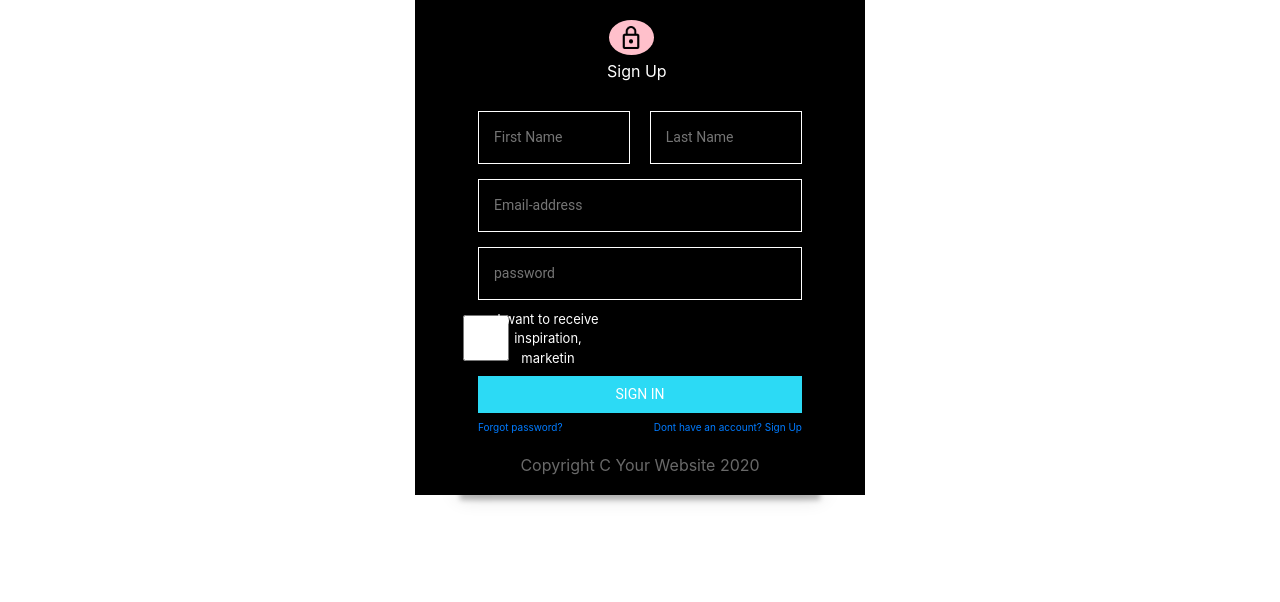
Repository: andbilous/cursor-styled-components
Page: /sign-up
An editor plug-in stored every save of this project. The page is shown before and after a run of saves, followed by the edit.
The browser window is 1280 px wide. The pictures show the whole page.
The project was rebuilt for these pictures with package versions that can differ from the ones it lists, and the page was loaded fresh each time. Also part of the build but not shown: src/App.css, src/components/SignInForm.jsx.

Above is the page before, as saved 2020-04-19 16:47:46.

### src/App.js
import React from 'react';
import {
  BrowserRouter as Router,
  Switch,
  Route,
  Link
} from "react-router-dom";
import './App.css';
import SignInForm from './components/SignInForm';
import SignUpForm from './components/SignUpForm';

function App() {
  return (
   <Router>
      <Switch>
          <Route exact path="/sign-in">
            <SignInForm />
          </Route>
          <Route path="/sign-up">
            <SignUpForm />
          </Route>
        </Switch>
   </Router>
  );
}

export default App;

### src/components/SignUpForm.jsx
import React from 'react';
import styled from "styled-components";

const SignUpFormStyles = styled.div`
*{
  box-sizing: border-box;
}
.login-page {
  width: 450px;
  margin: auto;
  background: #000;
}
.form {
  position: relative;
  z-index: 1;
  max-width: 360px;
  margin: 0 auto;
  margin-top:10px;
  padding: 18px;
  text-align: center;
  box-shadow: 0 0 20px 0 rgba(0, 0, 0, 0.2), 0 5px 5px 0 rgba(0, 0, 0, 0.24);
}
.form input {
  font-family: "Roboto", sans-serif;
  outline: 0;
  border: 1px solid #fff;
  background:transparent;
  width: 100%;
  margin: 0 0 15px;
  padding: 15px;
  font-size: 14px;
}
.form input[type="checkbox"]{
  transform: translateX(-100px);
}
.form button {
  font-family: "Roboto", sans-serif;
  text-transform: uppercase;
  outline: 0;
  background: #2cdaf5;
  width: 100%;
  border: 0;
  padding: 8px;
  color: #FFFFFF;
  font-size: 14px;
  -webkit-transition: all 0.3 ease;
  transition: all 0.3 ease;
  cursor: pointer;
}
.form button:hover,.form button:active,.form button:focus {
  background: #43A047;
}
.form .message {
  margin: 15px 0 0;
  color: #b3b3b3;
  font-size: 12px;
}
.form .message a {
  color: #4CAF50;
  text-decoration: none;
}
.container {
  position: relative;
  z-index: 1;
  max-width: 300px;
  margin: 0 auto;
}
.container:before, .container:after {
  content: "";
  display: block;
  clear: both;
}
.container .info {
  margin: 50px auto;
  text-align: center;
}
.container .info h1 {
  margin: 0 0 15px;
  padding: 0;
  font-size: 36px;
  font-weight: 300;
  color: #1a1a1a;
}
.container .info span {
  color: #4d4d4d;
  font-size: 12px;
}
.container .info span a {
  color: #000000;
  text-decoration: none;
}
.container .info span .fa {
  color: #EF3B3A;
}
body {
  background: #76b852; /* fallback for old browsers */
  background: -webkit-linear-gradient(right, #76b852, #8DC26F);
  background: -moz-linear-gradient(right, #76b852, #8DC26F);
  background: -o-linear-gradient(right, #76b852, #8DC26F);
  background: linear-gradient(to left, #76b852, #8DC26F);
  font-family: "Roboto", sans-serif;
  -webkit-font-smoothing: antialiased;
  -moz-osx-font-smoothing: grayscale;
}
.links{
  display:flex
}
.remember{
color:#fff;
}
.additional{
 color: #2cdaf5;
 display: flex;
 justify-content: space-between;
}
.additional a{
  font-size:10px
 }
.img-container{
  background: pink;
  border-radius: 50%;
  width:10%;
  transform: translateY(20px);
  margin-left: 43%;
}
img{
  margin: 6px 11px;
  width: 50%;
}
.image-label{
  display:block;
  color:#fff;
  margin-left: 12rem;
  margin-top: 1.5rem;
}
.label-remember{
  display: inline-block;
  margin-bottom: .5rem;
  transform: translateX(-200px);
  font-size: 13px;
  width: 50%;
  margin-top: -5px;
}
footer{
  color: dimgrey;
}
.name{
  display:flex;
  justify-content: space-between;
}
.name input{
  width:47%
}
`


const SignUpForm =() =>{
  return (
    <SignUpFormStyles>
<div class="login-page">
  <div class='img-container'>
    <img src={require('../assets/padlock.png')}/>
    </div>
    <span class='image-label'>Sign Up</span>
  <div class="form">
    <form class="login-form">
      <div class='name'>
        <input type="text" placeholder="First Name"/>
    <input type="text" placeholder="Last Name"/></div>

    <input type="text" placeholder="Email-address"/>
      <input type="password" placeholder="password"/>
      <div class='links remember'>
        <input type="checkbox"/><label class='label-remember'>
          I want to receive inspiration, marketin
          </label></div>
     <button>Sign In</button>
     <div class='links additional'>
     <p><a href="#">Forgot password?</a></p>
       <p><a href="#">Dont have an account? Sign Up</a></p>
       </div>
       <footer>
       <span>Copyright C Your Website 2020</span>
       </footer>
    </form>
  </div>
</div>
    </SignUpFormStyles>

  )
}


export default  SignUpForm;

Loaded but not shown: public/index.html (common file); src/index.js (common file); src/index.css (common file); src/serviceWorker.js (common file)

After the next 5 saves:
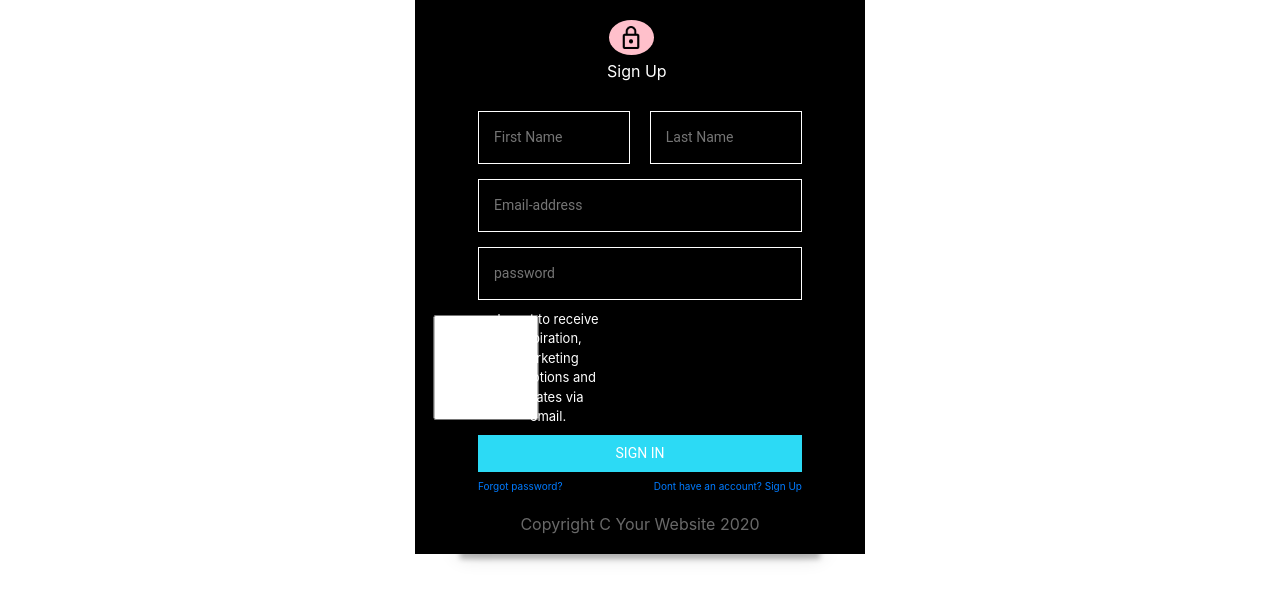
The 5 saves are shown as one change because they came seconds apart.
The last was saved 10 s later.
--- a/src/components/SignUpForm.jsx
+++ b/src/components/SignUpForm.jsx
@@ -172,7 +172,7 @@ const SignUpForm =() =>{
       <input type="password" placeholder="password"/>
       <div class='links remember'>
         <input type="checkbox"/><label class='label-remember'>
-          I want to receive inspiration, marketin
+          I want to receive inspiration, marketing promotions and updates via email.
           </label></div>
      <button>Sign In</button>
      <div class='links additional'>
